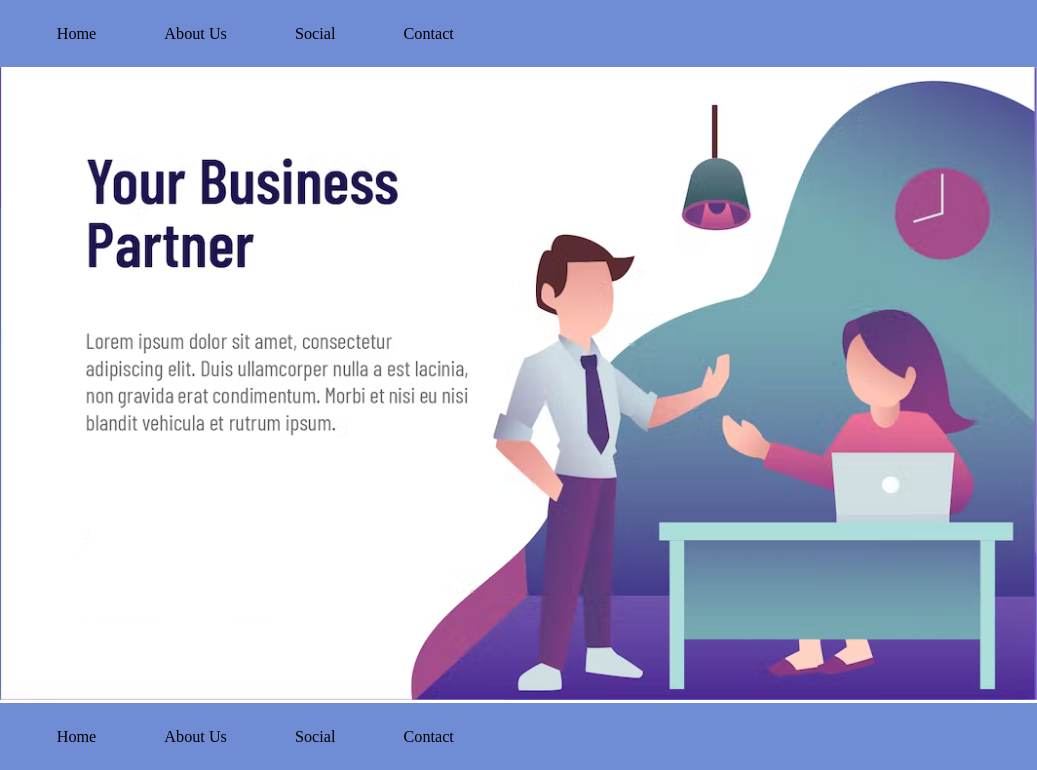
Repository: armanali13000/JAVA_CRUD
Page: http://localhost/CRUD_APP/
An editor plug-in stored every save of this project. The page is shown before and after the next save, followed by the edit.
The browser window is 1280 px wide. The pictures show the whole page, at 81% of full size.
The page is served by Tomcat 9.

Above is the page before, as saved 2023-03-05 16:08:33.

### CRUD_APP/src/main/webapp/index.jsp
<%@ page language="java" contentType="text/html; charset=ISO-8859-1"
    pageEncoding="ISO-8859-1"%>
<!DOCTYPE html>
<html>
<head>
<meta charset="ISO-8859-1">
<title>Home Page</title>

	<style type="text/css">

		.coverImg {
			width: 100%;

		}

	</style>

</head>
<body>
		<!-- Navbar -->
	<%@ include file="Header.jsp" %>

	<div>
		<img class="coverImg" src="images/cover.png" alt="">
	</div>
		<!-- Footer -->
	<%@ include file="Header.jsp" %>

</body>
</html>

### CRUD_APP/src/main/webapp/Header.jsp
<%@ page language="java" contentType="text/html; charset=ISO-8859-1"
    pageEncoding="ISO-8859-1"%>
<!DOCTYPE html>
<html>
<head>
<meta charset="ISO-8859-1">
<title></title>

	<style>

		body
        {
            padding: 0px;
            margin: 0px;
        }
        .navbar
        {
            background: #708CD5;
            padding: 30px;
            position: sticky;
            top: 0px;

        }
        a
        {
            color: black;
            text-decoration: none;
            padding: 20px;
            margin: 20px;
            font-size: 20px;
        }

	</style>

</head>
<body>

		<div class="navbar">

        <a href="#">Home</a>
        <a href="#">About Us</a>
        <a href="#">Social</a>
        <a href="#">Contact</a>

    </div>

</body>
</html>

### CRUD_APP/src/main/webapp/Footer.jsp
<%@ page language="java" contentType="text/html; charset=ISO-8859-1"
    pageEncoding="ISO-8859-1"%>
<!DOCTYPE html>
<html>
<head>
<meta charset="ISO-8859-1">
<title></title>

	<style>
		body
		{
			margin: 0;
			padding: 0;
		}
		.footer
		{
			background: #708CD5;
			height: 100%;
			padding: 10px;
			text-align: center;

		}
		p{


			position: relative;
			text-align: center;
			font-size: 20px;

		}
		.link
		{
			display: inline-block;
		}
		a{
			display: block;
			text-decoration: none;
			background: #0274b3;
			width: 118px;
    		margin: -3px 0;
			padding: 10px;
			text-align: center;
			border-radius: 4px;
			color: white;
			font-size: 20px;
		}
		.linkedinLogo
		{
			    position: relative;
			    width: 38px;
			    top: 7px;
    			left: -90px;
			    margin: -34px;

		}
	</style>


</head>
<body>
	<div class="footer">
		<p>Contact Us</p>
		<div class="link">

			<img class="linkedinLogo" src="images/linkedin.png"><a href="https://www.linkedin.com/in/abhimanyukumar/" >Abhimanyu</a>
			<img class="linkedinLogo" src="images/linkedin.png"><a href="https://www.linkedin.com/in/armanali13000/" >Arman</a>
			<img class="linkedinLogo" src="images/linkedin.png"><a href="https://www.linkedin.com/in/jyotishmaandeka19/" >Jyotishmaan</a>
			<img class="linkedinLogo" src="images/linkedin.png"><a href="" >Avinas</a>
			<img class="linkedinLogo" src="images/linkedin.png"><a href="" >Ankit</a>
			<img class="linkedinLogo" src="images/linkedin.png"><a href="" >Deepak</a>
		</div>
	</div>
</body>
</html>

After the next save:
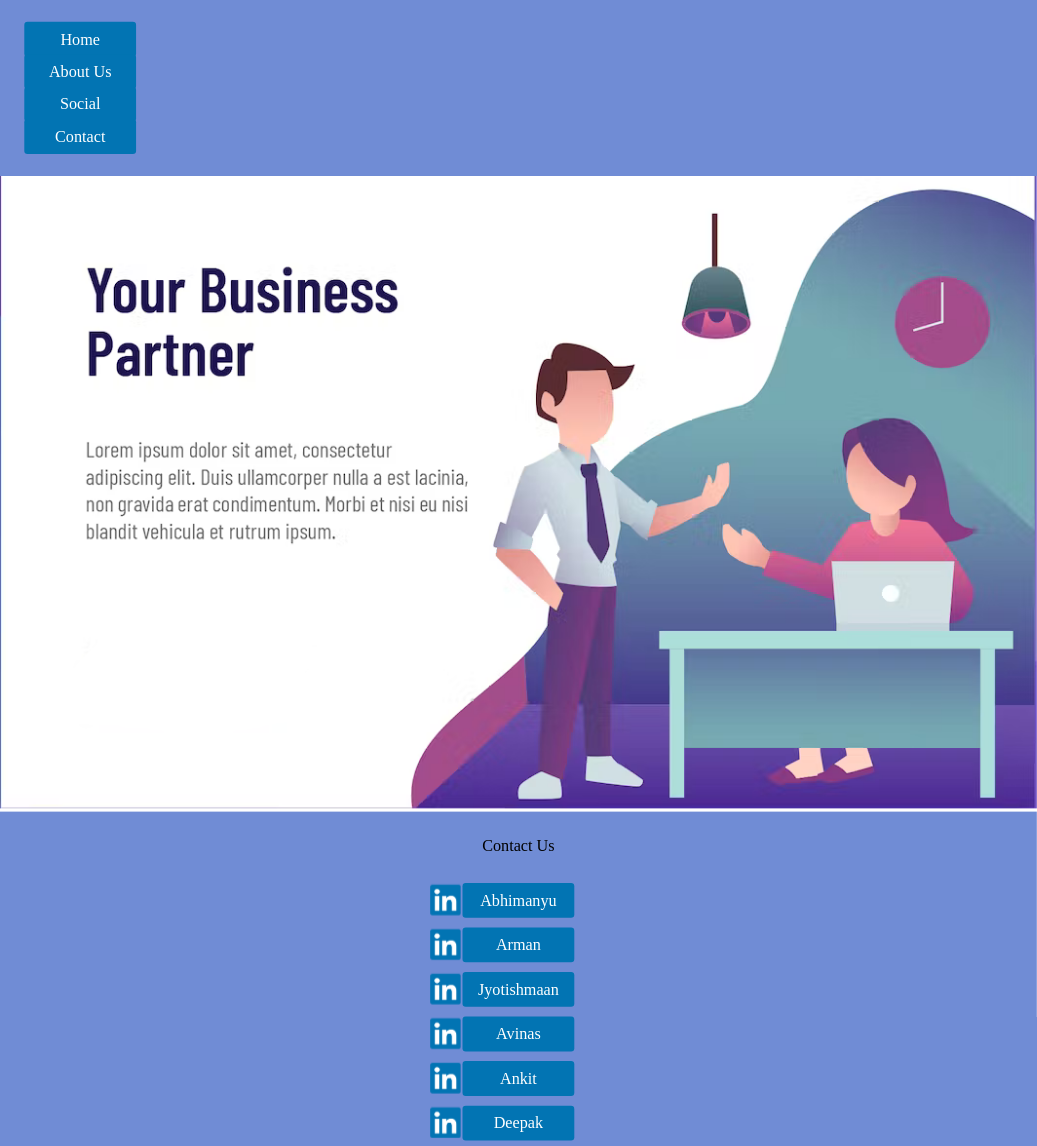
Saved 15 s later.
--- a/CRUD_APP/src/main/webapp/index.jsp
+++ b/CRUD_APP/src/main/webapp/index.jsp
@@ -23,8 +23,9 @@
 	<div>
 		<img class="coverImg" src="images/cover.png" alt="">
 	</div>
+
 		<!-- Footer -->
-	<%@ include file="Header.jsp" %>
+	<%@ include file="Footer.jsp" %>
 
 </body>
 </html>
